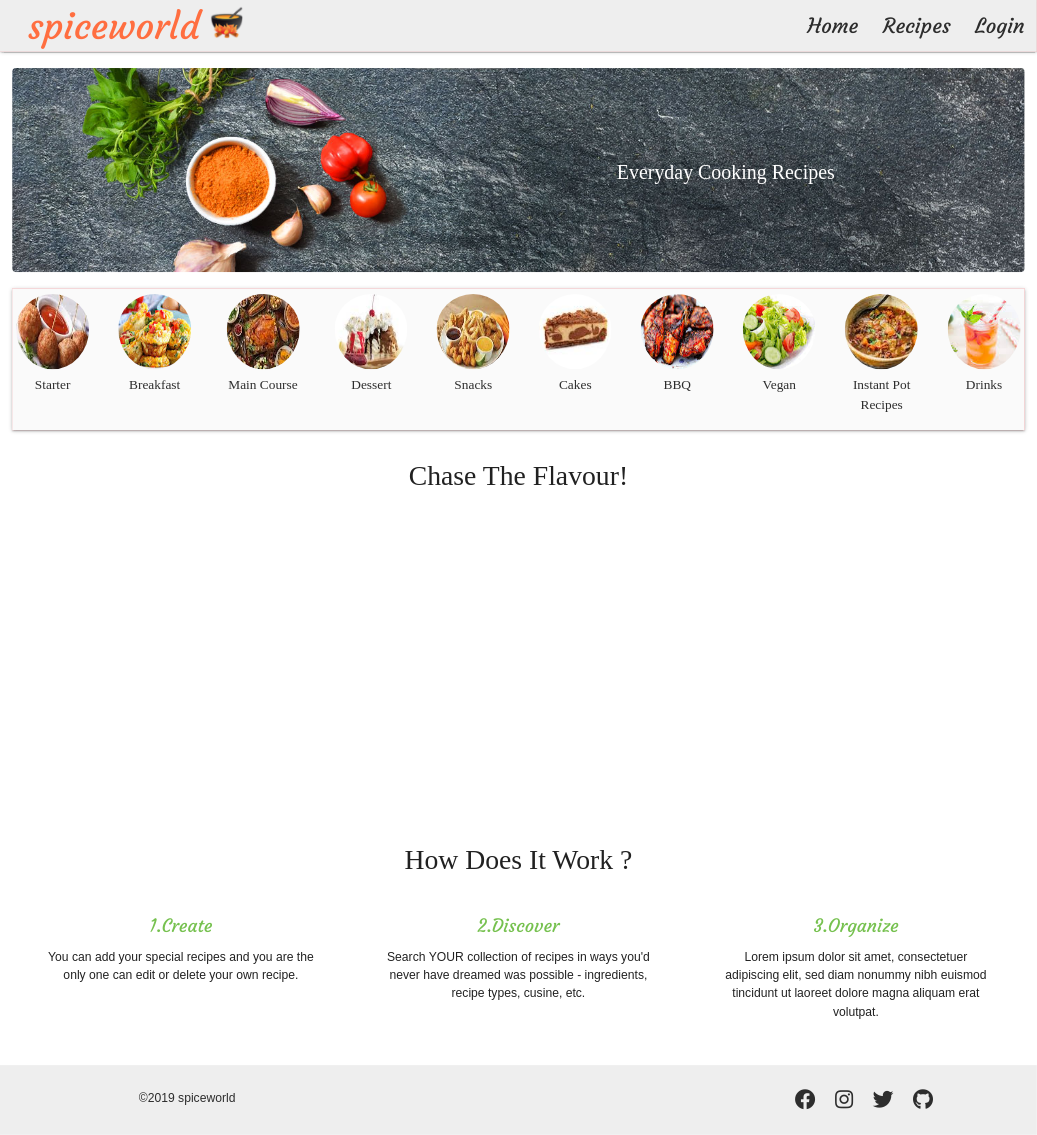
Repository: stephyraju/spiceworld
Page: http://localhost/
The author's editor kept a record of every edit. The page is drawn from the files as they stood at one moment, then again after the next edit.
The browser window is 1280 px wide. The pictures show the whole page, at 81% of full size.
Some web libraries are served in a nearby version. The page is served by the project's application, run on Flask 3 (app.py). Queries for data that is not in the repository find no rows.

Above is the page before.
Console error: TypeError: Cannot read properties of undefined (reading 'clientWidth')

### templates/index.html
{% extends 'base.html'%} {% block content %}
<!-- Title image -->
<section class="title-container section-container">
 <img src="{{ url_for('static', filename='images/titleimg.jpg') }}" alt="title image">
 <div class="intro-content">
  <h5>Everyday Cooking Recipes</h5>
 </div>
</section>

<!-- Subnav-Category -->
<section class="category-container section-container">
<nav>
    <div class="nav-wrapper grey lighten-5 subnav-filters">
      <ul class="menu-list center">
        <li>
        <img class="subnav-img" src="{{ url_for('static', filename='images/starter.jpeg') }}" alt="Starter">
        <a href="{{ url_for('get_starter') }}">Starter</a>
        </li>
        <li>
        <img class="subnav-img" src="{{ url_for('static', filename='images/bf.jpeg') }}" alt="Breakfast">
        <a href="{{ url_for('get_breakfast') }}">Breakfast</a>
        </li>
        <li>
        <img class="subnav-img" src="{{ url_for('static', filename='images/main.jpeg') }}" alt="Main Course">
        <a href="{{ url_for('get_main') }}">Main Course</a>
        </li>
        <li>
        <img class="subnav-img" src="{{ url_for('static', filename='images/dessert.jpeg') }}" alt="Dessert">
        <a href="{{ url_for('get_dessert') }}">Dessert</a>
        </li>
        <li>
        <img class="subnav-img" src="{{ url_for('static', filename='images/snacks.jpeg') }}" alt="Snacks">
        <a href="{{ url_for('get_snacks') }}">Snacks</a>
        </li>
        <li>
        <img class="subnav-img" src="{{ url_for('static', filename='images/cakes.jpeg') }}" alt="Cakes">
        <a href="{{ url_for('get_cakes') }}">Cakes</a>
        </li>
        <li>
        <img class="subnav-img" src="{{ url_for('static', filename='images/bbq.jpeg') }}" alt="BBQ">
        <a href="{{ url_for('get_bbq') }}">BBQ</a>
        </li>
        <li>
        <img class="subnav-img" src="{{ url_for('static', filename='images/vegan.jpeg') }}" alt="VeganRecipes">
        <a href="{{ url_for('get_vegan') }}">Vegan</a>
        </li>
        <li>
        <img class="subnav-img" src="{{ url_for('static', filename='images/instant.jpeg') }}" alt="Instant Pot Recipes">
        <a href="{{ url_for('get_instant') }}">Instant Pot<br> Recipes</a>
        </li>
        <li>
        <img class="subnav-img" src="{{ url_for('static', filename='images/drinks.jpeg') }}" alt="Drinks">
        <a href="{{ url_for('get_drinks') }}">Drinks</a>
        </li>
      </ul>
    </div>
  </nav>

<!--

   <nav>
    <div class="nav-wrapper transparent subnav-filters">
      <ul class="center hide-on-med-and-down">
        <li>
        <img class="subnav-img" src="{{ url_for('static', filename='images/starter.jpeg') }}" alt="Starter">
        <a href="{{ url_for('get_starter') }}">Starter</a>
        </li>
        <li><a href="badges.html">Components</a></li>
        <li><a href="collapsible.html">JavaScript</a></li>
      </ul>
    </div>
  </nav>
  -->
</section>
<!-- Carosal-Display -->
<section class="carosal-section">
        <div class="col s12 carousel-display ">
        <h4 class="center">Chase The Flavour!</h4>
            <div class="carousel">
                {% for recipe in recipes%}
                <div class="carousel-item">
                    <div class="row">
                        <div class="col s12">
                            <a href="{{url_for('view_recipe', recipe_id=recipe._id)}}">
                                {% if recipe.image_url %}
                                <img class="responsive-img"
                                    src="{{recipe.image_url}}">
                                {% else %}
                                <img class="img-carousel" src="{{url_for('static', filename='img/default.jpg')}}">
                                {% endif %}
                            </a>
                        </div>
                    </div>
                    <div class="row recipe-name">
                        <div class="col s12 center-align">
                            <h5 class="teal-text"> {{recipe.recipe_name}} </h5>
                        </div>
                    </div>

                </div>
                {% endfor %}
            </div>
        </div>

    </section>

<!-- Description -->
<section class="section-container div-description">
 <div class="row cells center">
  <div class="col s12">
   <h4> How Does It Work ?</h3>
  </div>
  <div class="col s12 m4 content">
   <h5>1.Create</h5>
   <p>You can add your special recipes and you are the only one can edit or delete your own recipe.</p>
  </div>
  <div class="col s12 m4 content">
   <h5>2.Discover</h5>
   <p>Search YOUR collection of recipes in ways you'd never have dreamed was possible - ingredients, recipe types, cusine, etc. </p>
  </div>
  <div class="col s12 m4 content">
   <h5>3.Organize</h5>
   <p>Lorem ipsum dolor sit amet, consectetuer adipiscing elit, sed diam nonummy nibh euismod tincidunt ut laoreet dolore magna aliquam erat volutpat. </p>
  </div>
 </div>
</section>

{% endblock %}

### templates/base.html
<!DOCTYPE html>
<html lang="en">

<head>
  <meta charset="UTF-8">
  <meta name="viewport" content="width=device-width, initial-scale=1.0">
  <meta http-equiv="X-UA-Compatible" content="ie=edge">
  <title>spiceworld</title>

  <!--Import Google Icon Font-->
  <link href="https://fonts.googleapis.com/icon?family=Material+Icons" rel="stylesheet">
  <!--Font Awesome-->
  <link rel="stylesheet" href="https://use.fontawesome.com/releases/v5.8.2/css/all.css" integrity="sha384-oS3vJWv+0UjzBfQzYUhtDYW+Pj2yciDJxpsK1OYPAYjqT085Qq/1cq5FLXAZQ7Ay" crossorigin="anonymous">
  <!--Materialize CSS-->
  <link rel="stylesheet" href="https://cdnjs.cloudflare.com/ajax/libs/materialize/1.0.0/css/materialize.min.css">
  <!--CSS-->
  <link rel="stylesheet" href="{{ url_for('static', filename='css/style.css')}}" type="text/css" />

</head>

<body>

  <!--Header-->
  <header class="navbar-fixed">
    <nav>
      <div class="nav-wrapper grey lighten-3">
        <a href="#" class="brand-logo">spiceworld <img class="hide-on-med-and-down" src="{{ url_for('static', filename='images/logo.png') }}"></a>
        <a href="#" data-target="mobile-sidenav" class="sidenav-trigger"><i class="fas fa-bars"></i></a>
        <ul id="nav-mobile" class="right hide-on-med-and-down">
          <li><a href="{{ url_for('index') }}">Home</a></li>
          <li><a href="{{ url_for('get_recipes') }}">Recipes</a></li>
          {% if 'username' in session %}
          <li><a href="{{ url_for('add_recipe') }}">Add Recipes</a></li>
          {% endif %}
          <li><a href="{{url_for('login')}}">Login</a></li>
          {% if 'username' in session %}
          <li><a href="{{url_for('logout')}}">Logout</a></li>
          {% endif %}
        </ul>
      </div>
    </nav>
  </header>
  <!--Sidenav-->
  <ul class="sidenav" id="mobile-sidenav">
    <img class="responsive-img" src="{{ url_for('static', filename='images/sidenav.png') }}" alt="spices-image">

    <li><a class="active" href="{{ url_for('index') }}">Home</a></li>
    <li><a href="{{ url_for('get_recipes') }}">Recipes</a></li>
          <li><a href="{{ url_for('add_recipe') }}">Add Recipes</a></li>
          <li><a href="{{url_for('login')}}">Login</a></li>
    <li><a class="waves-effect" href="#!">Third Link With Waves</a></li>
  </ul>

  <main>
    {% block content %}
    {% endblock %}
  </main>

  <footer class="page-footer grey lighten-3">

     <div class="row footer-content">
        <div class="col s5 m6">
          <div class="copyright">&copy;2019 spiceworld</div>
        </div>
        <div class="col s7 m3">
                    <a href="https://www.facebook.com/" target="_blank"><i class="fab fa-facebook social-icon"></i></a>
                    <a href="https://www.instagram.com/" target="_blank"><i class="fab fa-instagram social-icon"></i></a>
                    <a href="https://www.twitter.com/" target="_blank"><i class="fab fa-twitter social-icon"></i></a>
                    <a href="https://github.com/stephyraju" target="_blank"><i class="fab fa-github social-icon"></i></a>
        </div>

      </div>

  </footer>

  <script src="https://code.jquery.com/jquery-3.4.0.slim.js" integrity="sha256-milezx5lakrZu0OP9b2QWFy1ft/UEUK6NH1Jqz8hUhQ=" crossorigin="anonymous"></script>
  <script src="https://cdnjs.cloudflare.com/ajax/libs/materialize/1.0.0/js/materialize.min.js"></script>
  <script src="{{ url_for('static', filename='js/main.js') }}"></script>
</body>

</html>

### app.py
import os
from flask import Flask, render_template, redirect, request, url_for, session, flash
from flask_pymongo import PyMongo
from bson.objectid import ObjectId
import bcrypt
import logging


# declaring app name
app = Flask(__name__)

app.config['SECRET_KEY'] = os.getenv('SECRET')
app.config["MONGO_DBNAME"] = 'cook_book'
app.config["MONGO_URI"] = os.getenv('MONGO_URI', 'mongodb://localhost')

# Logging Config
logging.basicConfig(level=logging.INFO)


mongo = PyMongo(app)

@app.route('/')
@app.route('/index')
def index():

    return render_template("index.html", recipes=mongo.db.recipes.find())

#@app.route('/get_recipes',methods=['POST','GET'])
#def get_recipes():
 #   return render_template("recipes.html", recipes=mongo.db.recipes.find())


# -------CREATE---------#

@app.route('/add_recipe')
def add_recipe():
     return render_template("addrecipe.html",
               recipes=mongo.db.recipes.find(),
               categories = mongo.db.categories.find(),
               cuisines=mongo.db.cuisines.find(),
               difficulty=mongo.db.difficulty.find(),
               allergens=mongo.db.allergens.find())


@app.route('/insert_recipe', methods=['POST'])
def insert_recipe():
    print(request.form)
    print(request.form.getlist('ingredients[]'))
    print(request.form.getlist('preparation[]'))
    print(request.form.to_dict())
    recipes = mongo.db.recipes
    data = request.form.to_dict()
    data.update({'ingredients':request.form.getlist('ingredients[]')})
    data.update({'preparation':request.form.getlist('preparation[]')})
    del data['ingredients[]']
    del data['preparation[]']
    recipes.insert_one(data)
    return redirect(url_for('get_recipes'))

#-------READ--------#

@app.route("/get_recipes", methods=['GET'])
def get_recipes():
    return render_template('recipes.html',
                         recipes=mongo.db.recipes.find(),
                         categories = mongo.db.categories.find())

@app.route('/view_recipe/recipe_id?=<recipe_id>')
def view_recipe(recipe_id):
    recipe = mongo.db.recipes.find_one({"_id": ObjectId(recipe_id)})
    return render_template('view.html',
                        title='View Recipe',
                        username=session['username'],
                        recipe=recipe)
#-----------Search-----------#
@app.route('/search', methods=['POST'])
def search():
    print(request.form)
    print(request.form.to_dict())
    word_find = request.form["word_find"]
    mongo.db.recipes.create_index([("$**", 'text')])
    recipes = mongo.db.recipes.find({"$text":{"$search": word_find}})
    return render_template('recipes.html',
                            title="View recipes",
                            recipes=recipes,
                            username=session['username'],
                            categories = mongo.db.categories.find(),
                            cuisines=mongo.db.cuisines.find(),
                            difficulty=mongo.db.difficulty.find(),
                            allergens=mongo.db.allergens.find())


@app.route('/get_starter', methods=['GET'])
def get_starter():
    return render_template('recipes.html', title='Starters', recipes=mongo.db.recipes.find({'category_name': 'Starter'}))

@app.route('/get_breakfast', methods=['GET'])
def get_breakfast():
    return render_template('recipes.html', title='Desserts', recipes=mongo.db.recipes.find({'category_name': 'Breakfast'}))

@app.route('/get_main', methods=['GET'])
def get_main():
    return render_template('recipes.html', title='Main course', recipes=mongo.db.recipes.find({'category_name': 'Main Course'}))

@app.route('/get_dessert', methods=['GET'])
def get_dessert():
    return render_template('recipes.html', title='Desserts', recipes=mongo.db.recipes.find({'category_name': 'Dessert'}))

@app.route('/get_snacks', methods=['GET'])
def get_snacks():
    return render_template('recipes.html', title='Snacks', recipes=mongo.db.recipes.find({'category_name': 'Snacks'}))

@app.route('/get_cakes', methods=['GET'])
def get_cakes():
    return render_template('recipes.html', title='Cakes', recipes=mongo.db.recipes.find({'category_name': 'Cakes'}))

@app.route('/get_bbq', methods=['GET'])
def get_bbq():
    return render_template('recipes.html', title='BBQ', recipes=mongo.db.recipes.find({'category_name': 'BBQ'}))

@app.route('/get_vegan', methods=['GET'])
def get_vegan():
    return render_template('recipes.html', title='Vegan', recipes=mongo.db.recipes.find({'category_name': 'Vegan'}))

@app.route('/get_instant', methods=['GET'])
def get_instant():
    return render_template('recipes.html', title='Instant Pot', recipes=mongo.db.recipes.find({'category_name': 'Instant Pot'}))

@app.route('/get_drinks', methods=['GET'])
def get_drinks():
    return render_template('recipes.html', title='Drinks', recipes=mongo.db.recipes.find({'category_name': 'Drinks'}))

#-----------UPDATE-----------#

@app.route('/edit_recipe/<recipe_id>',methods=['GET'])
def edit_recipe(recipe_id):
    recipe = mongo.db.recipes.find_one({"_id":ObjectId(recipe_id)})
    return render_template('editrecipe.html',
                            recipe=recipe,
                            categories=mongo.db.categories.find(),
                            cuisine=mongo.db.cuisine.find(),
                            difficulty=mongo.db.difficulty.find(),
                            allergens=mongo.db.allergens.find())

@app.route('/update_recipe/<recipe_id>', methods=["POST"])
def update_recipe(recipe_id):
    print(mongo.db.recipes.find_one({"_id": ObjectId(recipe_id)}))
    print(request.form)
    print(request.form.to_dict())
    recipes = mongo.db.recipes
    recipes.update({"_id":ObjectId(recipe_id)},
        {
        'recipe_name':request.form.get('recipe_name'),
        'author':request.form.get('author'),
        'category_name':request.form.get('category_name'),
        'description': request.form.get('description'),
        'serves':request.form.get('serves'),
        'cooking_time':request.form.get('cooking_time'),
        'cuisine':request.form.get('cuisine'),
        'difficulty':request.form.get('difficulty'),
        'allergens':request.form.get('allergens'),
        'image_url' :request.form.get('image_url'),
        'ingredients':request.form.getlist('ingredients[]'),
        'preparation':request.form.getlist('preparation[]')
        })
    return redirect(url_for('view_recipe',recipe_id=recipe_id))

#-----------DELETE-----------#
@app.route('/delete_recipe/<recipe_id>')
def delete_recipe(recipe_id):
    mongo.db.recipes.remove({"_id":ObjectId(recipe_id)})
    return redirect(url_for('get_recipes'))

#-----------Register-----------#
#https://www.youtube.com/watch?v=vVx1737auSE

@app.route('/register', methods=['GET','POST'])
def register():
    logging.info('Inside Registering.....')
    if request.method == 'POST':
        logging.info('User name: ' + str(request.form['username'].lower()))
        session['username'] = request.form['username'].lower()
        logging.info('Mongo User: ' + str(mongo.db.users))
        users = mongo.db.users
        user_exists = users.find_one({'author':request.form['username'].lower()})
        logging.info('User exists: ' + str(user_exists))

        if user_exists is None:
            logging.info('User Does not exist. Creating new user')
            hashpass = bcrypt.hashpw(request.form['password'].encode('utf-8'), bcrypt.gensalt())
            users.insert({'author':request.form['username'].lower(), 'password':hashpass})
            session['username'] = request.form['username'].lower()
            return redirect(url_for('get_recipes'))

        flash('Username already exists, please choose a different one.')
        logging.info('User already exist. Skipping new user')
        session.pop('username', None)
        return render_template('register.html', title="Register")

    return render_template('register.html', title="Register")

#-----------Login-----------#

@app.route('/login',methods=['GET','POST'])
def login():
    if request.method == 'POST':
        session["username"] = request.form["username"].lower()
        users = mongo.db.users
        user_login = users.find_one({'author':request.form['username'].lower()})

        if user_login:
            if bcrypt.hashpw(request.form['password'].encode('utf-8'), user_login['password']) == user_login['password']:
                # session["username"] = request.form["username"].lower()
                return redirect(url_for('get_recipes'))

        flash('The login details are not correct')
        session.pop('username', None)
        return render_template('login.html',  title="Login")

    return render_template('login.html',  title="Login")

#-----------Logout-----------#
@app.route('/logout')
def logout():
   # remove the username from the session if it is there
   session.pop('username', None)
   return redirect(url_for('index'))

#-----------Account-----------#
@app.route("/account/<account_name>, methods=['GET']")
def account(account_name):
    logging.info("Account Name is: " + str(account_name))
    #users = mongo.db.users
    #logging.info("Users are: " + str(users))
    #logging.info("Users find all are: " + str(users.find()))
    #user_exists = users.find_one({'author':request.form['users'].lower()})
    #logging.info('User exists: ' + str(user_exists))


    recipes_submitted_by_user = mongo.db.recipes.find(
            {"username": account_name})
    logging.info("Recipes submitted by user: " + str(recipes_submitted_by_user))

    total_recipes_by_user = recipes_submitted_by_user.count()
    if account_name != session.get('username'):
        flash("You can only access your own account page.")
        return redirect(url_for('index'))
    else:
        users = mongo.db.users.find_one({"username": account_name})
        recipe_submitted_by_user = mongo.db.recipes.find(
            {"username": account_name})
    return render_template('account.html',
                            users_recipes=recipe_submitted_by_user,
                            total_recipes_by_user = recipes_submitted_by_user.count() )

if __name__ == '__main__':
    app.run(host=os.environ.get('IP'),
            port=int(os.environ.get('PORT')),
            debug=True)

### static/css/style.css
@import url('https://fonts.googleapis.com/css?family=Courgette&display=swap');

body {
  font-family: 'ProximaNova Regular', sans-serif;
  display: flex;
  flex-direction: column;
  min-height: 100vh;
  overflow-x: hidden;
}
main {
    flex: 1 0 auto;
  }

.section-container {
  max-width: 100%;
  margin-left: auto;
  margin-right: auto;
  padding-left: 15px;
  padding-right: 15px;
  border-radius: 5px;
}

/* -------- Nav Bar ----------*/

nav {
  font-family: 'Courgette', 'sans-serif';
}

nav .brand-logo {
  color: #ff6e40;
  font-size: 3rem;
  font-family: 'Courgette', 'cursive', 'sans-serif';
  -webkit-transition: 0.2s;
  -o-transition: 0.2s;
  transition: 0.2s;
}

@media screen and (min-width: 993px) {
  nav .brand-logo {
    margin-left: 2.3rem;
  }
}

nav ul a {
  color: #2d2d2d;
  font-size: 1.7rem;
  font-family: 'Courgette', 'sans-serif';
}

nav ul a:hover,
nav ul .active {
  color: #76c14f;
}

.fa-bars {
  color: #ff6e40;
}

h4,
h5 {
  font-family: 'Muli', 'sans-serif';
}

/*--------Title----------*/

.title-container {
  position: relative;
  text-align: center;
  color: white;
  width: 100%;
  margin-top: 20px;
}

.title-container img {
  display: block;
  width: 100%;
  height: 35vh;
  object-fit: cover;
  border-radius: 5px;
}

.intro-content {
  position: absolute;
  top: 50%;
  left: 70%;
  transform: translate(-50%, -50%);
}

/*--------Subnav-Category---------*/

.category-container {
  font-size: 1.2rem;
  margin-top: 20px;
  height: 150px;
}

.subnav-img {
  border-radius: 50%;
  width: 100px;
  height: 100px;
  padding-top: 7px;
  padding-left: 5px;
  padding-right: 5px;
}

.category-container .menu-list {
  display: flex;
  justify-content: space-between;
}

.category-container nav ul a {
  color: #2d2d2d;
  font-size: 1.1rem;
  font-family: 'Muli', 'sans-serif';
}

.menu-list {
  overflow-y: scroll;
}

@media only screen and (min-width: 601px) {
  .catergory-container nav,
  nav .nav-wrapper i {
    height: 164px;
    line-height: 25px;
  }
}

@media only screen and (min-width:320px) {
  .category-container nav,
  nav .nav-wrapper i{
    height: 175px;
    line-height: 25px;
  }
}
/*-----carousel slider----- */

.carousel-display h4 {
  padding-top: 40px;
}

.carousel .carousel-item {
  width: 300px;
  height: 300px;
}

.img-carousel {
  width: 200px;
  box-shadow: 2px 2px 12px #3f1e09;
}

.carousel .recipe-name {
  visibility: hidden;
}

.carousel .active .recipe-name {
  visibility: visible;
}

/*--------Description---------*/

.cells h4 {
  font-family: 'Muli', 'sans-serif';
}

.cells h5 {
  color: #76c14f;
  font-size: 1.5rem;
  font-family: 'Courgette', sans-serif;
}

p {
  padding-left: 30px;
  padding-right: 30px;
}

.content {
  margin-top: 20px;
  margin-bottom: 20px;
}


/*--------Recipes---------*/

.recipe-card .card .card-image img {
  display: block;
  position: relative;
  width: 100%;
  height: 200px;
}

.recipe-card .card-content {
  height: 150px;
}

.card-label {
  position: absolute;
  font-size: 0.8rem;
  top:10px;
  right: 10px;
  margin-top: 7px;
  padding: 2px 8px;
  border: 1px;
  color: white !important;
  background-color: #00528b;
  text-transform: uppercase;
  z-index: 1;
}
.cat-name{
   display: block;
}
/*--------View Recipe---------*/

.icon-color {
  color: rgb(109, 174, 177);
}

.recipe-view .card {
  background-color: #fcf4ec;
}

.preparation ol li {
  padding: 0px 15px 15px 15px;
}

.ingredients ul li {
  padding: 0px 15px 15px 15px;
  list-style-type: square;
}


/*--------Footer---------*/

.page-footer i {
  color: #2d2d2d;
}

.page-footer i:hover {
  color: #ff6e40;
}

.page-footer {
  min-height: 45px;
}

.footer-content {
  display: flex;
  color: #2d2d2d;
}

.copyright {
  padding-top: 10px;
}

.social-icon {
  margin: 10px;
  color: white;
  font-size: 1.7rem;
}

Loaded but not shown: static/js/main.js (47 lines, source omitted)

After the next edit:
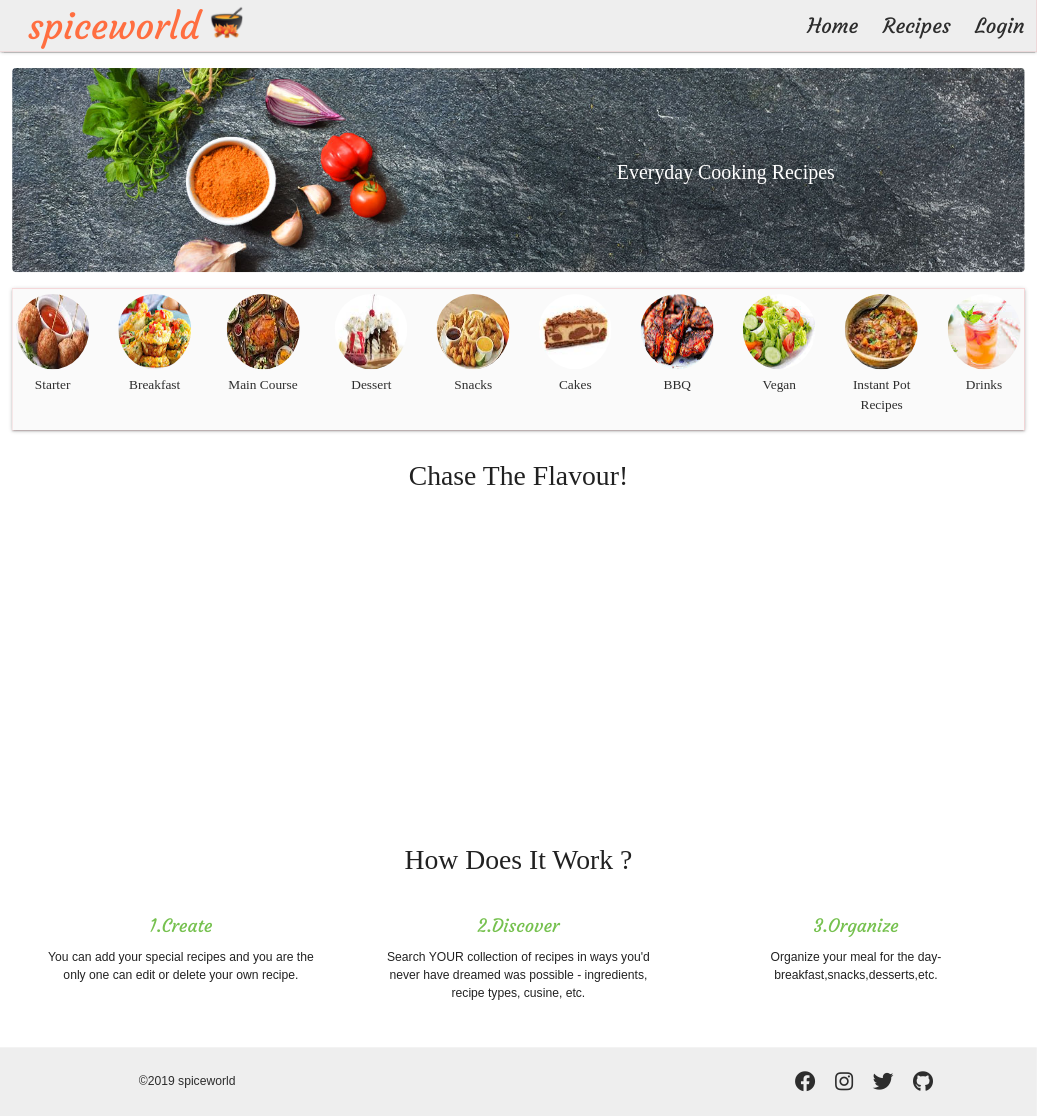
The edit:
--- a/templates/index.html
+++ b/templates/index.html
@@ -120,7 +120,7 @@
   </div>
   <div class="col s12 m4 content">
    <h5>3.Organize</h5>
-   <p>Lorem ipsum dolor sit amet, consectetuer adipiscing elit, sed diam nonummy nibh euismod tincidunt ut laoreet dolore magna aliquam erat volutpat. </p>
+   <p>Organize your meal for the day-breakfast,snacks,desserts,etc. </p>
   </div>
  </div>
 </section>
